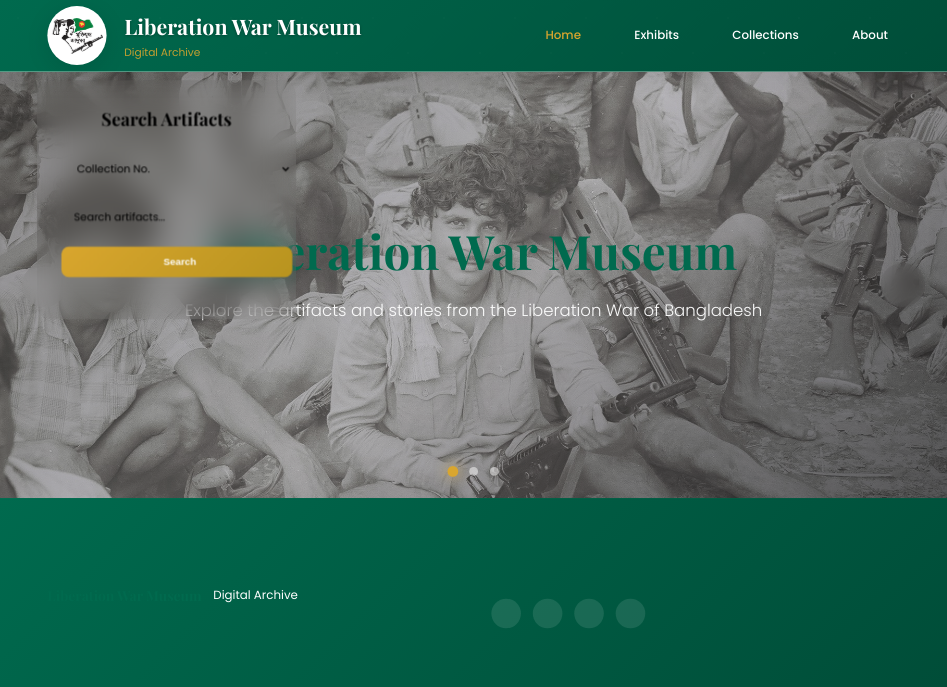
Repository: dip-ayon/web-final
Page: index.html
These files come from the project's save history. The page is drawn as it stood at one moment and after the next save; the edit follows.
The browser window is 1280 px wide. The pictures show the whole page, at 74% of full size.
The page's requests for data from a server got no answer.

Above is the page before, as saved 2025-09-01 17:52:54.
Console error: ReferenceError: viewArtifact is not defined

After the next save:
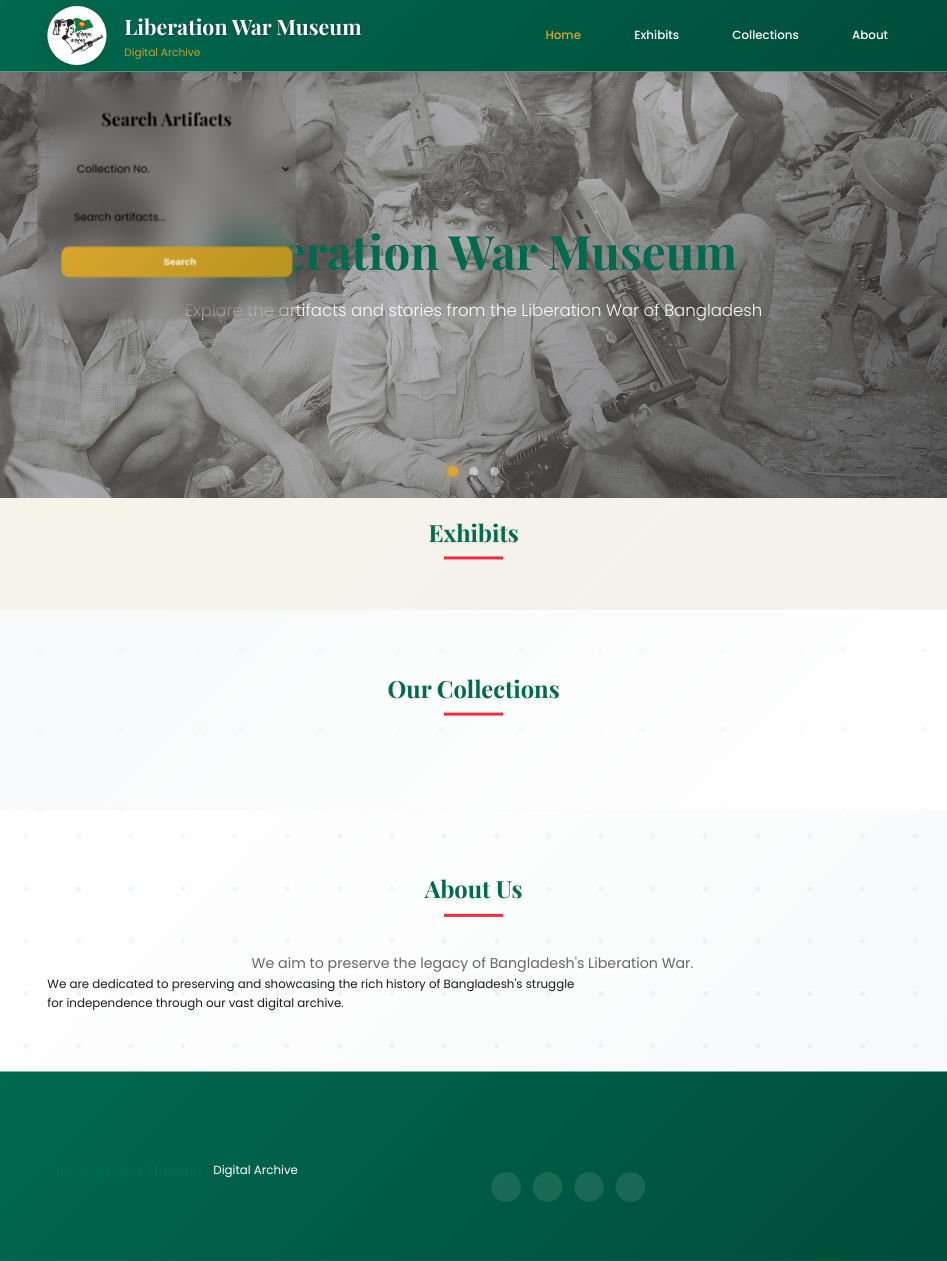
Saved 83 s later.
--- a/index.html
+++ b/index.html
@@ -1,5 +1,6 @@
 <!DOCTYPE html>
 <html lang="en">
+
 <head>
     <meta charset="UTF-8">
     <meta name="viewport" content="width=device-width, initial-scale=1.0">
@@ -10,6 +11,7 @@
     <link rel="stylesheet" href="css/styles.css">
     <link rel="stylesheet" href="css/map.css">
 </head>
+
 <body>
     <!-- Header -->
     <header class="main-header">
@@ -97,6 +99,41 @@
         </div>
     </section>
 
+    <!-- Main Content -->
+
+    <!-- Exhibits Section -->
+    <section class="exhibits-section" id="exhibits">
+        <div class="container">
+            <h2 class="section-title">Exhibits</h2>
+            <div class="exhibits-grid">
+                <!-- Add exhibit items here -->
+            </div>
+        </div>
+    </section>
+
+    <!-- Collections Section -->
+    <section class="collections-section" id="collections">
+        <div class="container">
+            <h2 class="section-title">Our Collections</h2>
+            <div class="collections-grid">
+                <!-- Collection Items -->
+            </div>
+        </div>
+    </section>
+
+    <!-- About Section -->
+    <section class="about-section" id="about">
+        <div class="container">
+            <h2 class="section-title">About Us</h2>
+            <p class="section-subtitle">We aim to preserve the legacy of Bangladesh's Liberation War.</p>
+            <div class="about-content">
+                <p class="about-text">
+                    We are dedicated to preserving and showcasing the rich history of Bangladesh's struggle for independence through our vast digital archive.
+                </p>
+            </div>
+        </div>
+    </section>
+
     <!-- Footer -->
     <footer class="main-footer">
         <div class="container">
@@ -117,4 +154,5 @@
 
     <script src="js/main.js"></script>
 </body>
+
 </html>
